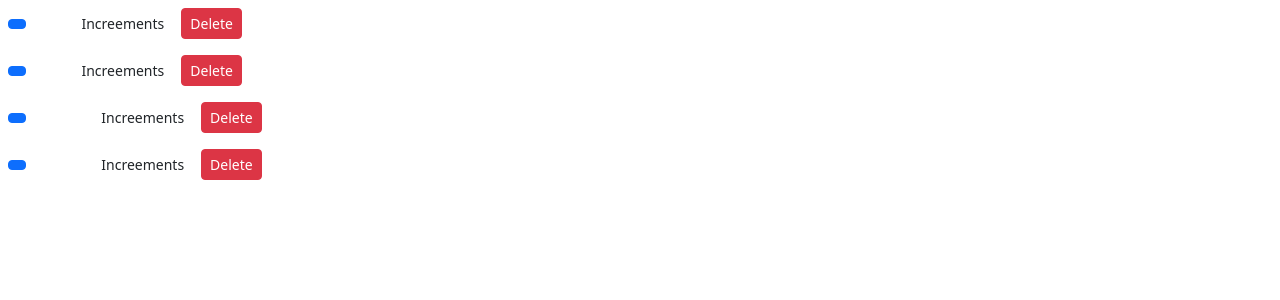
Repository: atulbihari94/counter-app
Page: / (app in counter-app/)
These files come from the project's save history. The page is drawn as it stood at one moment and after the next save; the edit follows.
The browser window is 1280 px wide. The pictures show the whole page.
The project was rebuilt for these pictures with package versions that can differ from the ones it lists, and the page was loaded fresh each time.

Above is the page before, as saved 2019-09-27 00:46:04.

After the next save:
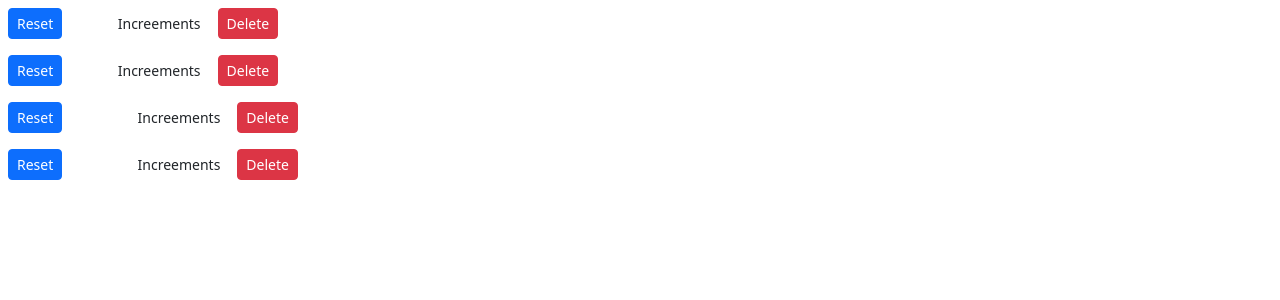
Saved 15 s later.
--- a/counter-app/src/components/counter.jsx
+++ b/counter-app/src/components/counter.jsx
@@ -10,7 +10,7 @@ class Counter extends Component {
     console.log("props", this.props);
     return (
       <div>
-        <button className="btn btn-primary btn-sm m-2"></button>
+        <button className="btn btn-primary btn-sm m-2">Reset</button>
         <span className={this.getBadgeClasses()}>{this.formatCount()}</span>
         <button
           onClick={() => this.handleIncreement()}
